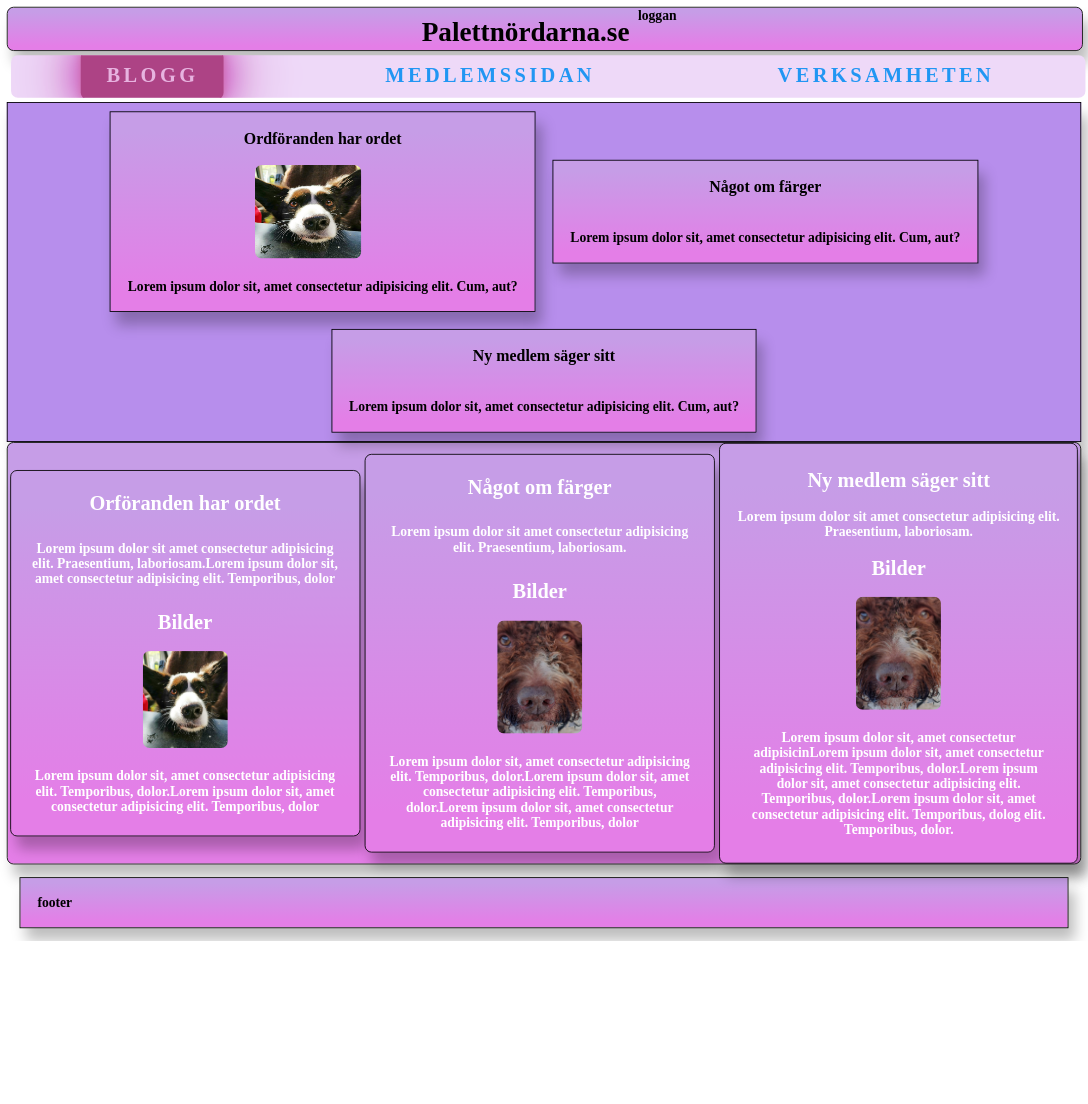
Repository: Webutveckling-20-21/lektion-3-CSS
Page: blogg.html
These files come from the project's save history. The page is drawn as it stood at one moment and after the next save; the edit follows.
The browser window is 1280 px wide. The pictures show the whole page, at 85% of full size.
The pointer rests on the first visible `a`.
Some web fonts or font styles are not loaded; a fallback is used.

Above is the page before, as saved 2021-10-02 16:03:56.

### blogg.html
<!DOCTYPE html>
<html lang="en">

<head>
    <meta charset="UTF-8">
    <meta http-equiv="X-UA-Compatible" content="IE=edge">
    <meta name="viewport" content="width=device-width, initial-scale=1.0">
    <link rel="stylesheet" href="style1.css">
    <title>lektion 3</title>
</head>

<body>
    <div class="header">
       <h1>Palettnördarna.se</h1>
       <div class="logo">
           loggan
       </div>

    </div>

    <ul class="navbar">

            <li class="nav-list"> <a href="blogg.html">Blogg</a></li>
            <li><a href="#">Medlemssidan</a></li>
            <li><a href="#">Verksamheten</a></li>

        </ul>

    <div class="main-center">

        <div class="article1">
            <h3>Ordföranden har ordet</h3>
            <img src="images/ord.jpg" class="thumbnail" height="110" width="110" alt="Bild på ordföranden">
            <p>Lorem ipsum dolor sit, amet consectetur adipisicing elit. Cum, aut?</p>
        </div>
        <div class="article3">
            <h3>Något om färger</h3>
            <p>Lorem ipsum dolor sit, amet consectetur adipisicing elit. Cum, aut?</p>
        </div>
        <div class="article3">
            <h3>Ny medlem säger sitt</h3>
            <p>Lorem ipsum dolor sit, amet consectetur adipisicing elit. Cum, aut?</p>
        </div>
    </div>
    <div class="box">
        <div class="blue">
            <h2>Orföranden har ordet</h2>
            <p>Lorem ipsum dolor sit amet consectetur adipisicing elit. Praesentium, laboriosam.Lorem ipsum dolor sit, amet consectetur adipisicing elit. Temporibus, dolor </p>
            <div class="images">
                <h2>Bilder</h2>
                <img src="images/ord.jpg" alt="bild">
                <p>Lorem ipsum dolor sit, amet consectetur adipisicing elit. Temporibus, dolor.Lorem ipsum dolor sit, amet consectetur adipisicing elit. Temporibus, dolor</p>
            </div>
        </div>
        <div class="green">
            <h2>Något om färger</h2>
            <p>Lorem ipsum dolor sit amet consectetur adipisicing elit. Praesentium, laboriosam. </p>
            <div class="images">
                <h2>Bilder</h2>
                <img src="images/olle.jpg" alt="bild">
                <p>Lorem ipsum dolor sit, amet consectetur adipisicing elit. Temporibus, dolor.Lorem ipsum dolor sit, amet consectetur adipisicing elit. Temporibus, dolor.Lorem ipsum dolor sit, amet consectetur adipisicing elit. Temporibus, dolor</p>
            </div>
        </div>
        <div class="red">
            <h2>Ny medlem säger sitt</h2>
            <div>Lorem ipsum dolor sit amet consectetur adipisicing elit. Praesentium, laboriosam.
                <div class="images">
                    <h2>Bilder</h2>
                    <img src="images/olle.jpg" alt="bild">
                    <p>Lorem ipsum dolor sit, amet consectetur adipisicinLorem ipsum dolor sit, amet consectetur adipisicing elit. Temporibus, dolor.Lorem ipsum dolor sit, amet consectetur adipisicing elit. Temporibus, dolor.Lorem ipsum dolor sit, amet consectetur adipisicing elit. Temporibus, dolog elit. Temporibus, dolor.</p>
                </div>
            </div>
        </div>
    </div>
</body>
<div class="footer-place"> footer</div>





</html>

### style1.css
@import url('https://fonts.googleapis.com/css2?family=Grechen+Fuemen&display=swap');

body {
    font-family: 'Grechen Fuemen', cursive;
    font-weight: bolder;
}
.header{
    display:flex;
    width: 100%;
    height:50px;
    border:1px solid black;
    background: linear-gradient(to bottom, #c69de7 10%, #e47ee7 90%);
    box-shadow: 7.6px 15.2px 15.2px hsl(0deg 0% 0% / 0.26);
    border-radius:8px;
    justify-content: center;
}
.header h1 {
    margin:10px;
}

.navbar {
    width: 100%;
    height: 50px;
    display: flex;
    align-items: center;
    justify-content: space-around;
    background-color: #eed9f8;
    margin: 5px;
    border-radius:8px;
}

ul {

    list-style-type: none;
    display: flex;
    margin: 0;
    padding: 0;
    overflow: hidden;
}

.nav-list {
    margin: 5px;
}
a
{
    position: relative;
    display: inline-block;
    padding: 15px 30px;
    color: #2196F3;
    text-transform: uppercase;
    letter-spacing: 4px;
    text-decoration: none;
    font-size: 24px;
    overflow: hidden;
    transition: 0.2s;
    border-radius: 8px;
}
a:hover
{
    color: #e7b3e0;
    background: #ad4385;
    transition-delay: 1s;
    box-shadow: 0 0 10px #ce6ea6, 0 0 40px #c73ec0, 0 0 80px #ac0c89;
}
a span
{
    position: absolute;
    display: block;
}
a span:nth-child(1)
{
    top: 0;
    left: -100%;
    width: 100%;
    height: 2px;
    background: linear-gradient(90deg,transparent,#db10af);
}
a:hover span:nth-child(1)
{
    left: 100%;
    transition: 1s;
}
a span:nth-child(3)
{
    bottom: 0;
    right: -100%;
    width: 100%;
    height: 2px;
    background: linear-gradient(270deg,transparent,#e017ae);
}
a:hover span:nth-child(3)
{
    right: 100%;
    transition: 1s;
    transition-delay: 0.5s;
}
a span:nth-child(2)
{
    top: -100%;
    right: 0;
    width: 2px;
    height: 100%;
    background: linear-gradient(180deg,transparent,#db0aae);
}
a:hover span:nth-child(2)
{
    top: 100%;
    transition: 1s;
    transition-delay: 0.25s;
}
/* <img src="[your hosted image URL]" class="thumbnail" height="100" width="100" />  */



.box {
    background: linear-gradient(to bottom, #c69de7 10%, #e47ee7 90%);
    /* height:200px; */
    display: flex;
    max-width: 100%;
    align-items: center;
    justify-content: center;
    border: 1px solid black;
    border-radius: 8px;
    flex-wrap: wrap;
    justify-content: center;
    /* opacity: 0.5; */
    box-shadow: 7.6px 15.2px 15.2px hsl(0deg 0% 0% / 0.26);
}

.blue {

    background: linear-gradient(to bottom, #c69de7 10%, #e47ee7 90%);
    max-width: 400px;
    margin: auto;
    border: 1px solid black;
    color: white;
    text-align: center;
    border-radius: 8px;
    justify-content: center;
    padding: 5px;
    box-shadow: 7.6px 15.2px 15.2px hsl(0deg 0% 0% / 0.26);


}

.green {

    background: linear-gradient(to bottom, #c69de7 10%, #e47ee7 90%);
    max-width: 400px;
    margin: auto;
    border: 1px solid black;
    color: white;
    text-align: center;
    border-radius: 8px;
    justify-content: center;
    padding: 5px;
    box-shadow: 7.6px 15.2px 15.2px hsl(0deg 0% 0% / 0.26);


}

.red {

    background: linear-gradient(to bottom, #c69de7 10%, #e47ee7 90%);
    max-width: 400px;
    margin: auto;
    color: white;
    text-align: center;
    border: 1px solid black;

    border-radius: 8px;
    justify-content: center;
    padding: 10px;
    box-shadow: 7.6px 15.2px 15.2px hsl(0deg 0% 0% / 0.26);

}

img {
    width: 25%;
    border-radius: 8px;
    max-width: 300px;
    margin: auto;
}

h2 {
    justify-content: center;
}

.main-center h3 {
    justify-content: center;
}

.main-center {
    display: flex;
    flex-direction: row;
    flex-wrap: wrap;
    border: 1px solid black;
    align-items: center;
    justify-content: center;
    background-color: rgb(183, 142, 236);
    box-shadow: 7.6px 15.2px 15.2px hsl(0deg 0% 0% / 0.26);
}

.article1 {
    margin: 10px;
    border: 1px solid black;
    justify-content: center;
    align-items: center;
    background: linear-gradient(to bottom, #c69de7 10%, #e47ee7 90%);
    box-shadow: 7.6px 15.2px 15.2px hsl(0deg 0% 0% / 0.26);

}
.article1 img {
    border-radius: 8px;
    margin-left: 170px;
}

.article2 {
    margin: 10px;
    border: 1px solid black;
    background-color: rgb(172, 125, 233);
    box-shadow: 7.6px 15.2px 15.2px hsl(0deg 0% 0% / 0.26);
    background: linear-gradient(to bottom, #c69de7 10%, #e47ee7 90%);

}

.article3 {
    margin: 10px;
    border: 1px solid black;
    background: linear-gradient(to bottom, #c69de7 10%, #e47ee7 90%);
    box-shadow: 7.6px 15.2px 15.2px hsl(0deg 0% 0% / 0.26);
}

h3 {
    margin: auto;
}

p {
    text-align: center;
    margin: 10px;
    padding: 10px;
}

h3 {
    padding: 20px;
    text-align: center;
}

.footer-place {
    padding: 20px;
    margin: 15px;
    border: 1px solid black;
    background: linear-gradient(to bottom, #c69de7 10%, #e47ee7 90%);
    box-shadow: 7.6px 15.2px 15.2px hsl(0deg 0% 0% / 0.26);
}

After the next save:
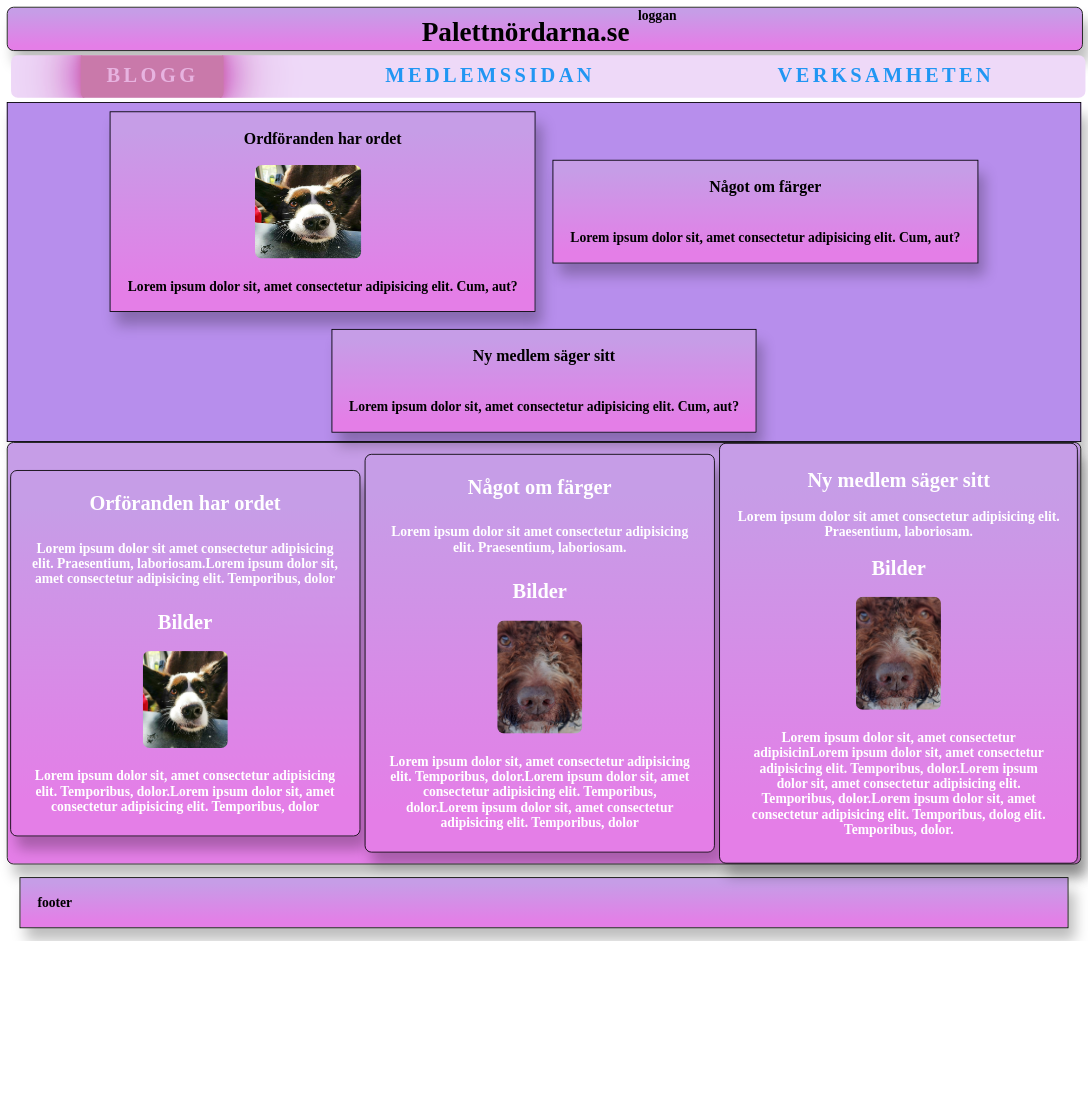
Saved 49 s later.
--- a/style1.css
+++ b/style1.css
@@ -58,7 +58,7 @@ a
 a:hover
 {
     color: #e7b3e0;
-    background: #ad4385;
+    background: #c979aa;
     transition-delay: 1s;
     box-shadow: 0 0 10px #ce6ea6, 0 0 40px #c73ec0, 0 0 80px #ac0c89;
 }
